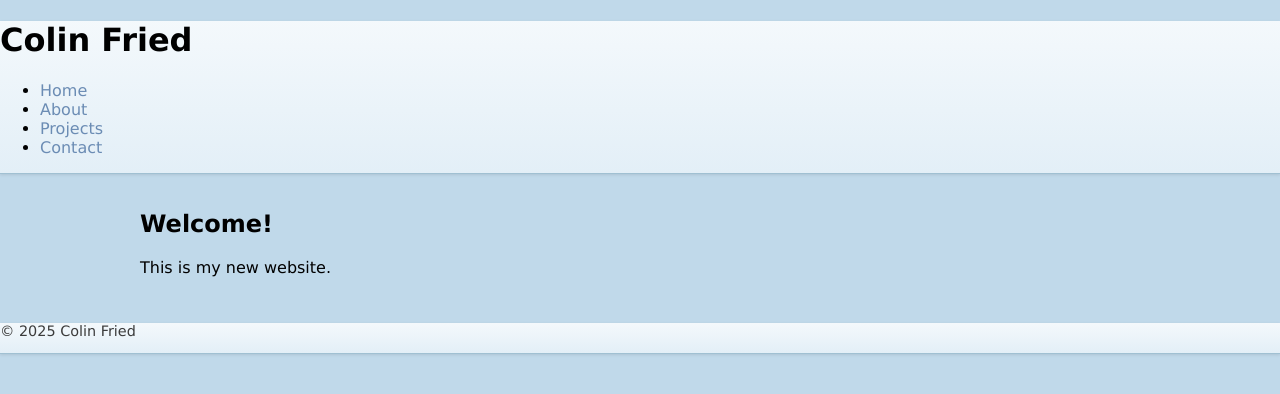
Repository: colinfdsaui/colin
Page: website.html
An editor plug-in stored every save of this project. The page is shown before and after the next save, followed by the edit.
The browser window is 1280 px wide. The pictures show the whole page.

Above is the page before, as saved 2025-07-08 12:12:41.

### website.html
<!DOCTYPE html>
<html lang="en">
<link rel="stylesheet" href="styles.css">

<head>
    <meta charset="UTF-8"/>
    <meta name="viewport" content="width=device-width, initial-scale=1.0"/>
    <title>My Website</title>
    <link rel="stylesheet" href="styles.css"/>
</head>
<body>

<!-- Header / Nav -->
<header>
    <h1>Colin Fried</h1>
    <nav>
        <ul class="nav-links">
            <li><a class="active" href="website.html">Home</a></li>
            <li><a href="about.html">About</a></li>
            <li><a href="projects.html">Projects</a></li>
            <li><a href="test.html">Contact</a></li>
        </ul>
    </nav>
</header>

<!-- Main Content-->
<main>
    <section id="hero">
        <h2>Welcome!</h2>
        <p>This is my new website.</p>
    </section>
</main>

<!-- Footer -->
<footer>
    <p> © 2025 Colin Fried</p>
</footer>

<body>
</html>

### styles.css
/* ====================
   Global & layout
   ==================== */

/* 1) Define your palette once, at the top of your main stylesheet */
:root {
  /* ─── Aqua Palette ───────────────────────────────────────────────────────── */
  /* Light backgrounds */
  --aqua-bg-primary:      #c0d9ea; /* window background */
  --aqua-bg-secondary:    #e3eff7; /* sidebar / panels */
  --aqua-bg-highlight:    #fffffd; /* key UI surfaces */

  /* Accent blues */
  --aqua-accent:          #8db9e3; /* buttons, active tabs */
  --aqua-accent-dark:     #6b8cb4; /* hover, active state */

  /* Text */
  --aqua-text-primary:    #000000; /* body text */
  --aqua-text-secondary:  #3b3b3b; /* captions, secondary labels */
  --aqua-text-inverse:    #ffffff; /* on blue buttons, etc */

  /* Borders / dividers */
  --aqua-border:          #a0c0d2;

  /* Shadows (optional) */
  --aqua-shadow:          rgba(0, 0, 0, 0.1);
}

/* Base page styles */
body {
  margin:            0;
  padding:           0;
  font-family:       "Lucida Grande", -apple-system, BlinkMacSystemFont, sans-serif;
  background-color:  var(--aqua-bg-primary);
  color:             var(--aqua-text-primary);
}

/* Header & Footer with fallback + gradient + borders + shadow */
header,
footer {
  /* solid‑color fallback */
  background-color: var(--aqua-bg-secondary);

  /* gradient layered on top */
  background-image: linear-gradient(
    to bottom,
    rgba(255,255,800,0.6),
    var(--aqua-bg-secondary)
  );

  background-repeat: no-repeat;
  background-size:   cover;

  border-bottom:     1px solid var(--aqua-border);
  box-shadow:        0 1px 3px var(--aqua-shadow);
}

main {
  padding:    1rem;
  max-width:  1000px;
  margin:     auto;
}

footer {
  font-size: 0.9rem;
  color:     var(--aqua-text-secondary);
}

/* ====================
   Typography & Links
   ==================== */
a {
  color:           var(--aqua-accent-dark);
  text-decoration: none;
}

a:hover {
  text-decoration: underline;
}

/* ====================
   Buttons & Panels
   ==================== */
button {
  background-color: var(--aqua-accent);
  color:            var(--aqua-text-inverse);
  border:           1px solid var(--aqua-accent-dark);
  border-radius:    4px;
  padding:          0.5em 1em;
  cursor:           pointer;
  box-shadow:       0 1px 2px var(--aqua-shadow);
  font-family:      inherit;
  transition:       background-color 0.2s ease;
}

button:hover {
  background-color: var(--aqua-accent-dark);
}

.panel {
  background-color: var(--aqua-bg-highlight);
  border:           1px solid var(--aqua-border);
  padding:          1em;
  border-radius:    6px;
}

/* ====================
   Clickable Images (cursor stays arrow)
   ==================== */
img.clickable {
  cursor:     default; /* arrow only */
  transition:
    transform 0.15s ease-out,
    filter    0.15s ease-out;
}

img.clickable:hover {
  transform: scale(1.05);
  filter:
    drop-shadow(0 4px 8px rgba(0,0,0,0.2))
    brightness(1.05);
}

/* ====================
   Flipbook container
   ==================== */
#flipbook,
#flipbook-wrapper {
  width:       800px;
  height:      600px;
  margin:      2rem auto;
  overflow:    hidden;
  background:  var(--aqua-bg-highlight);
  border:      1px solid var(--aqua-border);
  box-shadow:  0 2px 4px var(--aqua-shadow);
}

/* Two‑page layout */
#flipbook .page {
  width:         50%;
  height:        100%;
  float:         left;
  overflow:      hidden;
  background:    var(--aqua-bg-highlight);
  border-right:  1px solid var(--aqua-border);
}

#flipbook .page:last-child {
  border-right: none;
}

/* Single‑page hack */
#flipbook.single-page .page:nth-child(1) {
  display:      block;
  margin:       0 auto;
  width:        50%;
}
#flipbook.single-page .page:nth-child(2) {
  display: none;
}

/* Page images */
#flipbook .page img {
  width:       100%;
  height:      100%;
  object-fit:  contain;
  transition:  transform 0.3s ease;
}

/* Zoomed page image */
#flipbook .page img.zoomed {
  transform: scale(2);
  cursor:    zoom-out;
}

/* Mask (page‑1 illusion) */
#mask {
  position:          absolute;
  inset:             0;
  pointer-events:    none;
  background-image:  linear-gradient(
    to right,
    var(--aqua-bg-highlight) 0%,
    rgba(255,255,255,0)      40%,
    rgba(255,255,255,0)      60%,
    var(--aqua-bg-highlight) 100%
  );
  display:           none;
}

/* Full‑screen zoom modal */
#zoom-modal {
  display:          none;
  position:         fixed;
  inset:            0;
  background:       rgba(0, 0, 0, 0.8);
  z-index:          9999;
  align-items:      center;
  justify-content:  center;
  overflow:         auto;
}

#zoom-modal img {
  width:       150%;
  height:      150%;
  transform:   translate(-15%);
  object-fit:  contain;
}

After the next save:
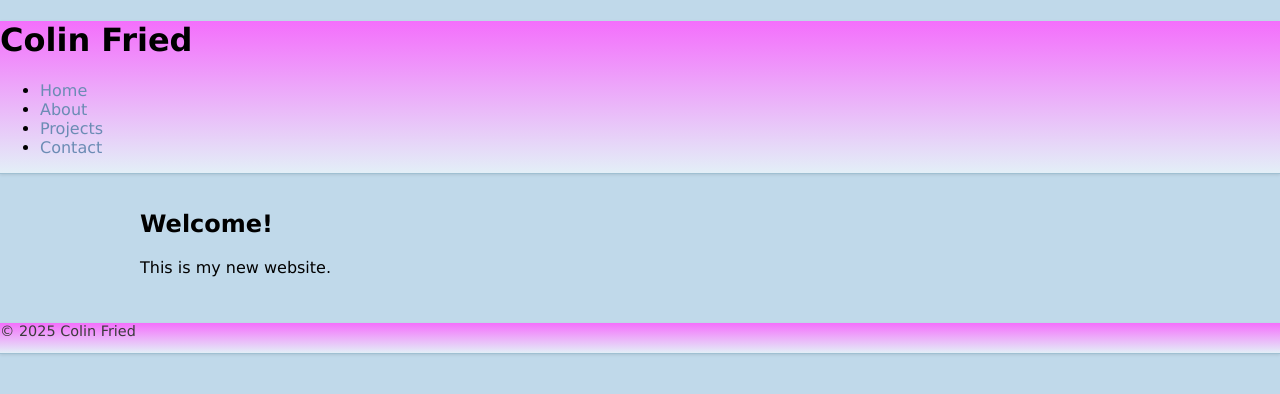
Saved 4 s later.
--- a/styles.css
+++ b/styles.css
@@ -44,7 +44,7 @@
   /* gradient layered on top */
   background-image: linear-gradient(
     to bottom,
-    rgba(255,255,800,0.6),
+    rgba(255,25,800,0.6),
     var(--aqua-bg-secondary)
   );
 

After the 4 saves that followed:
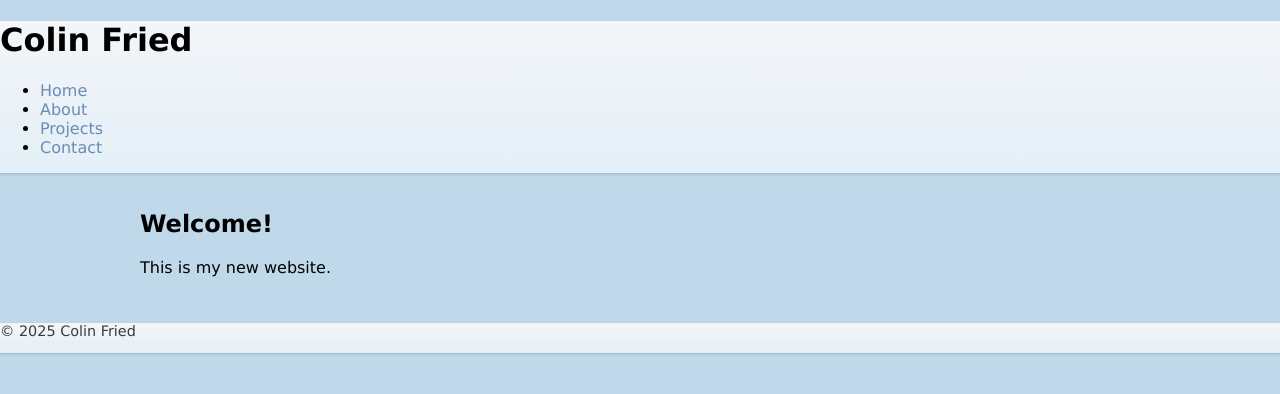
The 4 saves are shown as one change because they came seconds apart.
The last was saved 14 s later.
--- a/styles.css
+++ b/styles.css
@@ -44,7 +44,7 @@
   /* gradient layered on top */
   background-image: linear-gradient(
     to bottom,
-    rgba(255,25,800,0.6),
+    rgba(255,250,250,0.6),
     var(--aqua-bg-secondary)
   );
 
